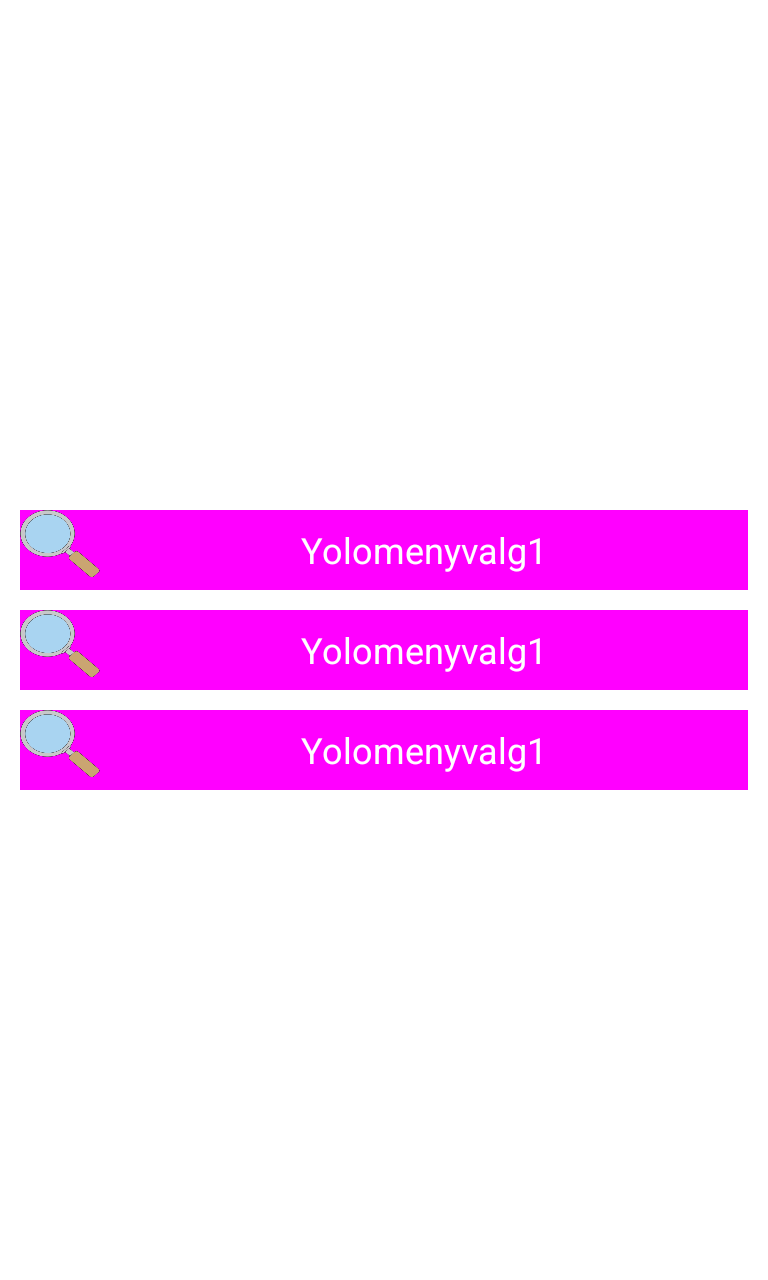
Repository: pumalove/workspace
Layout: MainActivity/res/layout/gridview.xml
These files come from the project's save history. The layout is drawn as it stood at one moment and after a run of saves; the edit follows.
It is drawn on a 768 x 1280 px phone screen (xhdpi) without system bars, with theme AppTheme; the app's code is not run. Lists and similar views that code fills are empty.

Above is the layout before, as saved 2014-03-17 14:38:58.

After the next 2 saves:
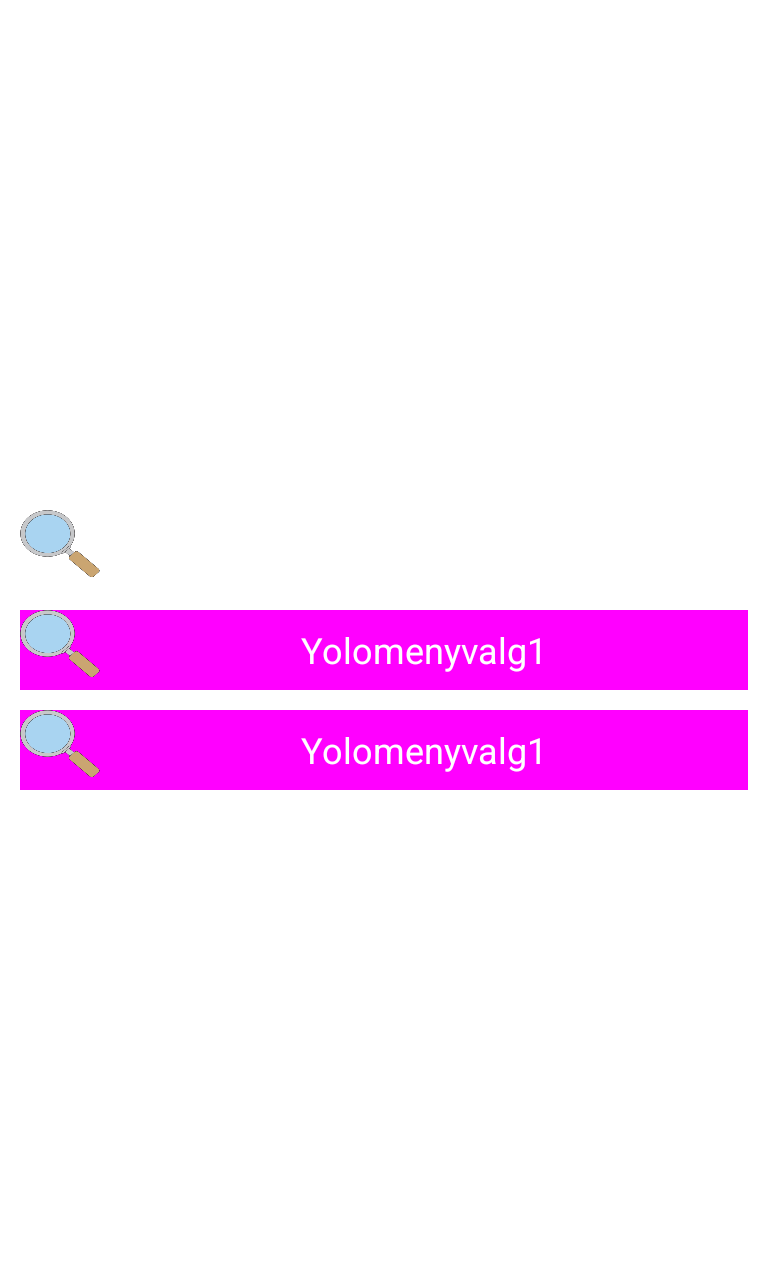
The 2 saves are shown as one change because 1 did not build or start.
The last was saved 52 s later.
--- a/MainActivity/res/layout/gridview.xml
+++ b/MainActivity/res/layout/gridview.xml
@@ -40,7 +40,7 @@
             android:orientation="horizontal"
             android:clickable="true"
             android:focusable="true"
-            android:background="#FF00FF"
+            android:background="@drawable/custom_buttons"
             >
 
             <ImageView
